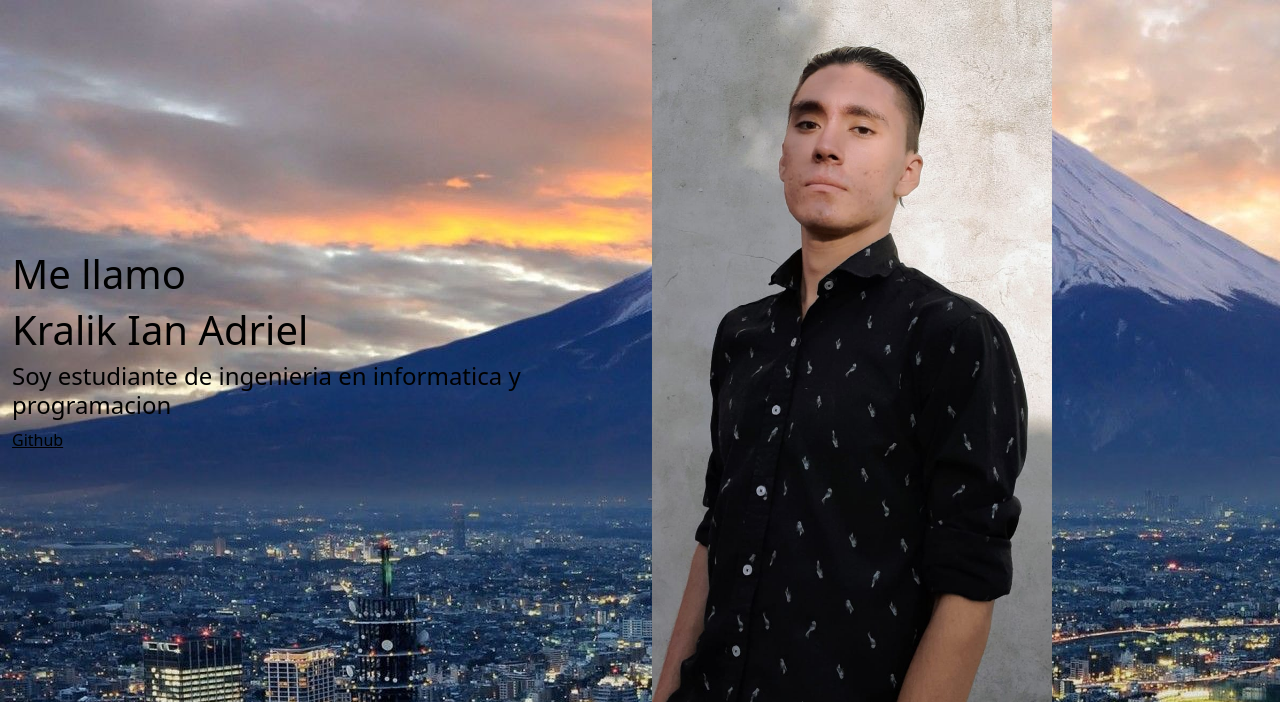
Repository: IanKralik/repositorio-de-prueba
Page: Prueba/index.html
These files come from the project's save history. The page is drawn as it stood at one moment and after the next save; the edit follows.
The browser window is 1280 px wide. The pictures show the whole page.

Above is the page before, as saved 2022-12-06 17:20:30.

After the next save:
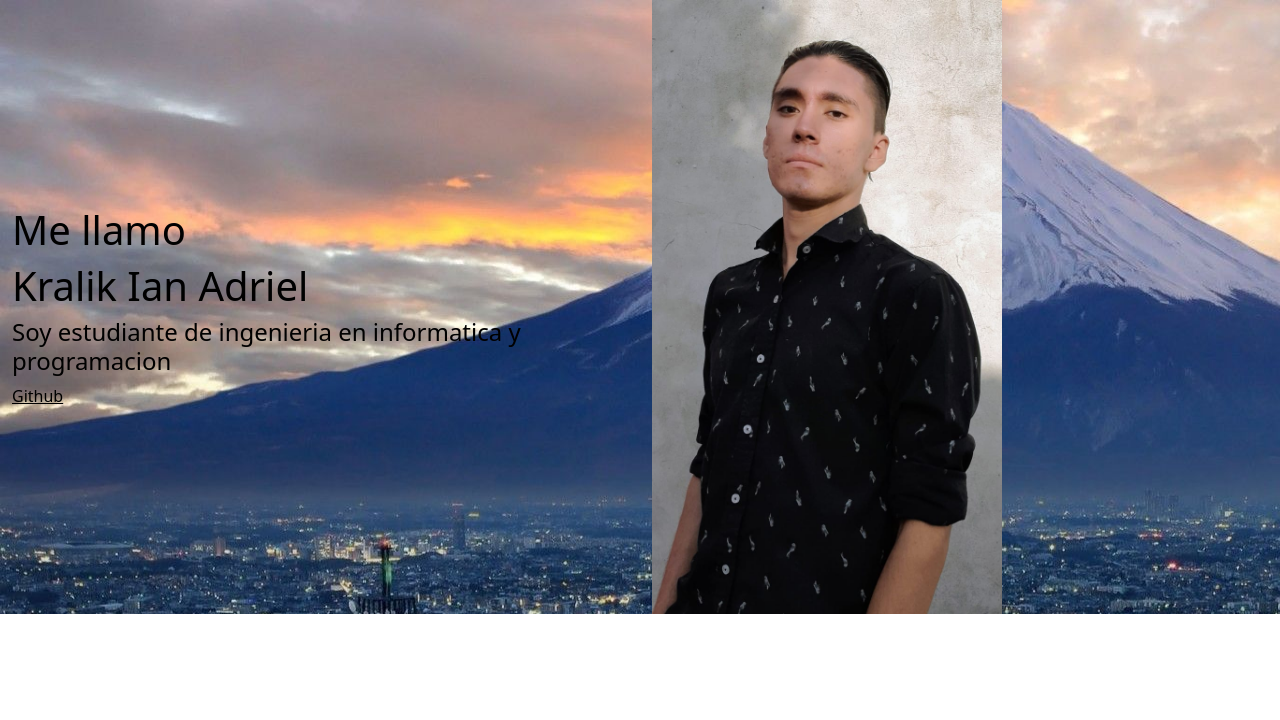
Saved 47 s later.
--- a/Prueba/index.html
+++ b/Prueba/index.html
@@ -27,7 +27,7 @@
                     <a   type="button"  class="color" href="https://github.com/IanKralik">Github</a>
                     </div>
                 <div class="col align-items-end">
-                    <img src="fotoian.jpg" class="img-fluid" alt="Mi foto de perfil" width="400" height="500">
+                    <img src="fotoian.jpg" class="img-fluid" alt="Mi foto de perfil" width="350" height="450">
                 </div>
                 </div>
             </div>
